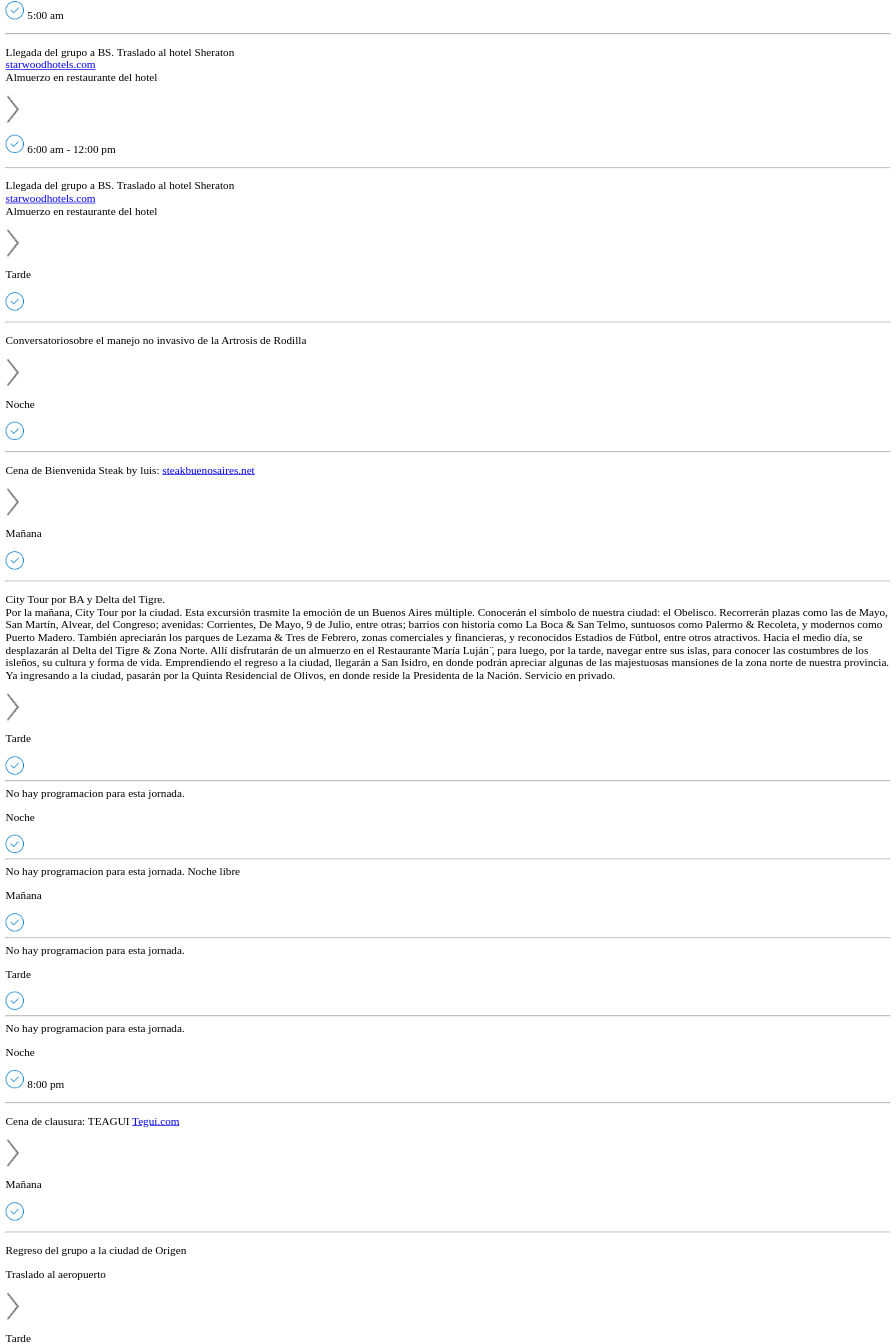
Repository: pacoigloo/Anexia
Page: agenda.html
The author's editor kept a record of every edit. The page is drawn from the files as they stood at one moment, then again after the next edit.
The browser window is 1280 px wide. The pictures show the part of the page from y = 582 to 2502 px (the page is 2700 px tall before and 2599 px after), at 70% of full size.

Above is the page before.

### agenda.html
<section id="calendario">
    <ul>
        <li><button id="btn1" onclick="MostrarHorarios('1')">29<br>Abril</button></li>
        <li><button id="btn2" onclick="MostrarHorarios('2')">30<br>Abril</button></li>
        <li><button id="btn3" onclick="MostrarHorarios('3')">1<br>Mayo</button></li>
        <li><button id="btn4" onclick="MostrarHorarios('4')">2<br>Mayo</button></li>
        <li><button id="btn5" onclick="MostrarHorarios('5')">3<br>Mayo</button></li>
    </ul>
</section>
<section id="jornadas">
    <div id="dia1">
        <div>
            <p>
                Mañana
            </p>
            <div id="contenT">
                <p id="hora"><img src="img/check.png"></img> 5:00 pm</p>
                <hr>
                <div>
                <p>Salida del grupo de su ciudad de origen hacia BA</p>
                <p id="flecha"><img src="img/flecha-derecha.png"></img></p>
                </div>
            </div>
        </div>
        <div>
            <p>
                Tarde
            </p>
            <div id="contenT">
                <hr>
                No hay programacion para esta jornada.
            </div>
        </div>
        <div>
            <p>
                Noche
            </p>
            <div id="contenT">
                <hr>
                No hay programacion para esta jornada.
            </div>
        </div>
    </div>
    <div id="dia2">
        <div>
            <p>
                Mañana
            </p>
            <div id="contenT">
                <p id="hora"><img src="img/check.png"></img> 5:00 am</p>
                <hr>
                <p>Llegada del grupo a BS. Traslado al hotel Sheraton<br>
                <a href="http://www.starwoodhotels.com/sheraton/property/overview/index.html?propertyID=260">starwoodhotels.com</a><br>
                Almuerzo en restaurante del hotel</p>
                <p><img src="img/flecha-derecha.png" id="flecha"></img></p>
            </div>
            <div id="contenT">
                <p id="hora"><img src="img/check.png"></img> 6:00 am - 12:00 pm</p>
                <hr>
                <p>Llegada del grupo a BS. Traslado al hotel Sheraton<br>
                <a href="http://www.starwoodhotels.com/sheraton/property/overview/index.html?propertyID=260">starwoodhotels.com</a><br>
                Almuerzo en restaurante del hotel</p>
                <p><img src="img/flecha-derecha.png" id="flecha"></img></p>
            </div>
        </div>
        <div>
            <p>
                Tarde
            </p>
            <div id="contenT">
                <p id="hora"><img src="img/check.png"></img></p>
                <hr>
                <p>Conversatoriosobre el manejo no invasivo de la Artrosis de Rodilla</p>
                <p><img src="img/flecha-derecha.png" id="flecha"></img></p>
            </div>
        </div>
        <div>
            <p>
                Noche
            </p>
            <div id="contenT">
                <p id="hora"><img src="img/check.png"></img></p>
                <hr>
                <p>Cena de Bienvenida Steak by luis: <a href="https://steakbuenosaires.net/steak/">steakbuenosaires.net</a></p>
                <p><img src="img/flecha-derecha.png" id="flecha"></img></p>
            </div>
        </div>
    </div>
    <div id="dia3">
        <div>
            <p>
                Mañana
            </p>
            <div id="contenT">
                <p id="hora"><img src="img/check.png"></img></p>
                <hr>
                <p>City Tour por BA y Delta del Tigre. <br> Por la mañana, City Tour por la ciudad. Esta excursión trasmite la emoción de un Buenos Aires múltiple. Conocerán el símbolo de nuestra ciudad: el Obelisco. Recorrerán plazas como las de Mayo, San Martín, Alvear, del Congreso; avenidas: Corrientes, De Mayo, 9 de Julio, entre otras; barrios con historia como La Boca & San Telmo, suntuosos como Palermo & Recoleta, y modernos como Puerto Madero. También apreciarán los parques de Lezama & Tres de Febrero, zonas comerciales y financieras, y reconocidos Estadios de Fútbol, entre otros atractivos. Hacia el medio día, se desplazarán al Delta del Tigre & Zona Norte. Allí disfrutarán de un almuerzo en el Restaurante  ̈María Luján ̈, para luego, por la tarde, navegar entre sus islas, para conocer las costumbres de los isleños, su cultura y forma de vida. Emprendiendo el regreso a la ciudad, llegarán a San Isidro, en donde podrán apreciar algunas de las majestuosas mansiones de la zona norte de nuestra provincia. Ya ingresando a la ciudad, pasarán por la Quinta Residencial de Olivos, en donde reside la Presidenta de la Nación. Servicio en privado.</p>
                <p><img src="img/flecha-derecha.png" id="flecha"></img></p>
            </div>
        </div>
        <div>
            <p>
                Tarde
            </p>
            <div id="contenT">
                <img src="img/check.png"></img><hr>
                No hay programacion para esta jornada.
            </div>
        </div>
        <div>
            <p>
                Noche
            </p>
            <div id="contenT">
                <img src="img/check.png"></img><hr>
                No hay programacion para esta jornada.
                Noche libre
            </div>
        </div>
    </div>
    <div id="dia4">
        <div>
            <p>
                Mañana
            </p>
            <div id="contenT">
                <img src="img/check.png"></img><hr>
                No hay programacion para esta jornada.
            </div>
        </div>
        <div>
            <p>
                Tarde
            </p>
            <div id="contenT">
                <img src="img/check.png"></img><hr>
                No hay programacion para esta jornada.
            </div>
        </div>
        <div>
            <p>
                Noche
            </p>
            <div id="contenT">
                <p id="hora"><img src="img/check.png"></img> 8:00 pm</p>
                <hr>
                <p>Cena de clausura: TEAGUI <a href="http://tegui.com.ar">Tegui.com</a></p>
                <p><img src="img/flecha-derecha.png" id="flecha"></img></p>
            </div>
        </div>
    </div>
    <div id="dia5">
        <div>
            <p>
                Mañana
            </p>
            <div id="contenT">
                <p id="hora"><img src="img/check.png"></img></p>
                <hr>
                <p>Regreso del grupo a la ciudad de Origen</p>
                <p>Traslado al aeropuerto</p>
                <p><img src="img/flecha-derecha.png" id="flecha"></img></p>
            </div>
        </div>
        <div>
            <p>
                Tarde
            </p>
            <div id="contenT">
                <img src="img/check.png"></img><hr>
                No hay programacion para esta jornada.
            </div>

        </div>
        <div>
            <p>
                Noche
            </p>
            <div id="contenT">
                <img src="img/check.png"></img><hr>
                No hay programacion para esta jornada.
            </div>
        </div>
    </div>
</section>

After the next edit:
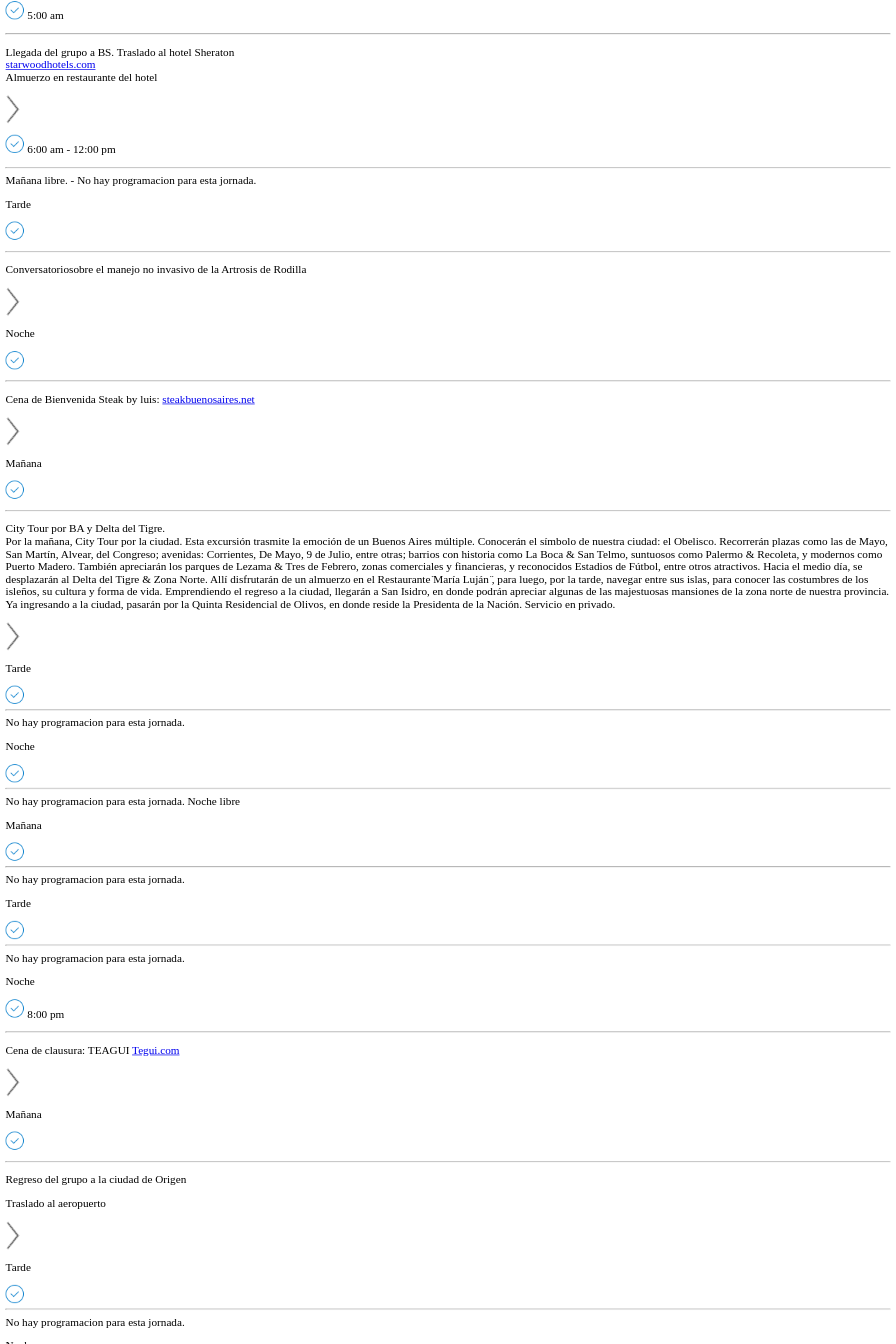
The edit:
--- a/agenda.html
+++ b/agenda.html
@@ -57,10 +57,8 @@
             <div id="contenT">
                 <p id="hora"><img src="img/check.png"></img> 6:00 am - 12:00 pm</p>
                 <hr>
-                <p>Llegada del grupo a BS. Traslado al hotel Sheraton<br>
-                <a href="http://www.starwoodhotels.com/sheraton/property/overview/index.html?propertyID=260">starwoodhotels.com</a><br>
-                Almuerzo en restaurante del hotel</p>
-                <p><img src="img/flecha-derecha.png" id="flecha"></img></p>
+                Mañana libre. -
+                No hay programacion para esta jornada.
             </div>
         </div>
         <div>
